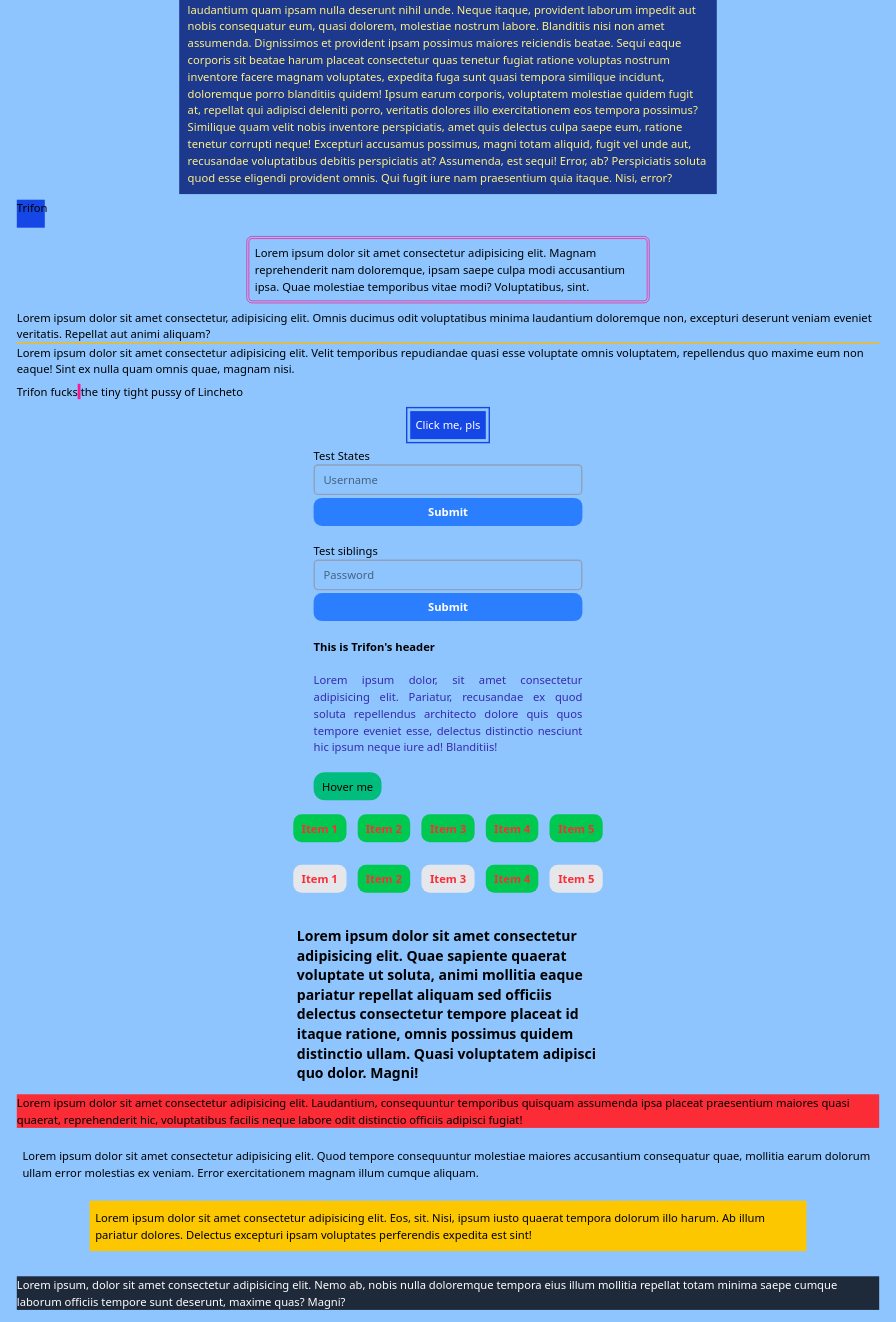
Repository: DinTri/TailwindCss
Page: index.html
An editor plug-in stored every save of this project. The page is shown before and after the next save, followed by the edit.
The browser window is 1280 px wide. The pictures show the part of the page from y = 1905 to 3825 px (the page is 3793 px tall before and 3825 px after), at 70% of full size.
Some web fonts or font styles are not loaded; a fallback is used.

Above is the page before, as saved 2025-06-15 23:35:21.

### index.html
<!DOCTYPE html>
<html lang="en" class="dark">
  <head>
    <meta charset="UTF-8">
    <meta name="viewport" content="width=device-width, initial-scale=1">
    <title>Play with Tailwind</title>
    <link rel="preconnect" href="https://fonts.googleapis.com">
<link rel="preconnect" href="https://fonts.gstatic.com" crossorigin>
<link href="https://fonts.googleapis.com/css2?family=Edu+VIC+WA+NT+Hand+Pre:wght@400..700&display=swap" rel="stylesheet">
    <link rel="stylesheet" href="style.css">
    </head>
  <body class="h-screen bg-blue-300">
    <div class="m-2 p-4 space-y-2">
      <section class="text-center py-6">
  <h1 class="text-5xl leading-tight font-bold">
    Welcome to Our Product
  </h1>
  <p class="text-xl leading-relaxed mt-4">
    Discover features that will change the way you work.
  </p>
</section>
<div class="product-description">
  <h2 class="text-2xl leading-snug">
    Product Features
  </h2>
  <ul class="list-disc pl-5 leading-normal">
    <li>High-quality materials</li>
    <li>Innovative design</li>
    <li>Exceptional performance</li>
  </ul>
</div>
<form class="max-w-md mx-auto">
  <label id="testLabel" class="block text-sm leading-tight mb-2">
    Email Address
  </label>
  <input type="email" aria-labelledby="testLabel" class="w-full border rounded px-3 py-2 mb-4">
  <small class="text-xs leading-snug text-gray-600">
    We'll never share your email with anyone else.
  </small>
</form>
    <p class="text-3xl leading-none">Lorem ipsum dolor sit amet consectetur adipisicing elit. Nulla, aliquam cupiditate! Blanditiis ipsum, voluptas necessitatibus vel eos suscipit nam possimus ducimus magni consequuntur earum numquam. Omnis ut voluptatum aliquam, architecto sed ad, velit magnam voluptate delectus, a maxime minima at ullam temporibus?</p>
    <p class="text-base leading-normal font-[var(--font-extbold)]">
  This text scales smoothly with font size changes.
</p>
<h1 class="text-4xl leading-10 text-right">
  Precise Heading Alignment
</h1>
<p class="text-2xl font-medium text-[var(--color-deeppink)]">
  This text is deep pink!
</p>
<div class="bg-black p-4">
<p class="text-2xl text-[var(--color-turquoise)]">
  This text uses a custom turquoise color!
</p>
</div>
<div class="bg-gray-100 p-4">
  <p class="text-[#000080] text-2xl">
    This navy blue text stands out on a light gray background.
  </p>
  <p class="line-through">Lorem ipsum, dolor sit amet consectetur adipisicing elit. Porro id suscipit quaerat minus corporis hic nobis ipsa ut distinctio esse?</p>
  <p class="underline underline-offset-4">Lorem ipsum dolor sit amet consectetur adipisicing elit. Cum placeat laboriosam illum officia aliquid quibusdam sed perferendis temporibus a architecto?</p>
  <p class="underline decoration-amber-500 decoration-wavy">Lorem ipsum dolor sit amet consectetur adipisicing elit. Illo, explicabo! Omnis odit non eum tempore corrupti atque illum nemo libero.</p>
</div>
<ul class="list-[upper-roman] p-[revert]">
  <li>item 1</li>
  <li>item 2</li>
  <li>item 3</li>
</ul>
<ul class="list-emoji pl-6">
  <li class="before:content-['🔥'] before:mr-2">Fire</li>
  <li class="before:content-['⭐'] before:mr-2">Star</li>
  <li class="before:content-['🍆'] before:mr-2">Dick</li>
  <li class="before:content-['👉👌💦'] before:mr-2">Fuck</li>
  <li class="before:content-['💖💗🥰💞'] before:mr-2">Love</li>
</ul>
<p class="text-lg/relaxed">
  The font size is `lg`, and the line height is `relaxed`.
</p>
<p class="leading-relaxed" lang="ja">
  日本語のテキストがここに入ります。
</p>
<p class="leading-[1.45]">
  This paragraph has a custom line height of 1.45.
</p>
<p class="text-justify">Lorem ipsum dolor sit amet consectetur, adipisicing elit. Accusantium quasi porro harum recusandae, molestiae reprehenderit fugiat aut, voluptate in voluptatem corporis, error quod veritatis cum esse consequatur est quidem ratione officia vel tenetur quas incidunt. Molestias eligendi praesentium tenetur reprehenderit provident ipsam voluptates deleniti, animi quas velit. Fugiat, aliquam earum!</p>
<h1 class="leading-[3rem] text-center">
  Heading with a line height of 3rem.
</h1>
<p class="text-2xl/8 text-end">
  The font size is `2xl`, and the line height is `2rem` (32px).
</p>
<p class="leading-normal md:leading-relaxed lg:leading-loose text-start" dir="rtl">
  This paragraph's line height changes on medium and large screens.
</p>
<p class="text-base leading-6 mb-6">
  Paragraph with a line height of 24px and a bottom margin of 24px.
</p>
<div class="space-y-2">
  <p class="bg-[var(--color-deeppink)]">Lorem ipsum, dolor sit amet consectetur adipisicing elit. Necessitatibus earum ducimus pariatur doloribus nihil perferendis soluta enim natus optio expedita commodi amet ipsum minus dolor libero aspernatur temporibus, nulla quibusdam, excepturi iste eveniet consequuntur maxime ut. Corporis ipsam accusantium hic quisquam in temporibus odio voluptate.</p>
  <p class="bg-blue-600">Lorem ipsum, dolor sit amet consectetur adipisicing elit. Ea voluptatum rem esse ipsum tempora reiciendis nulla eum, omnis, provident repellat culpa? Explicabo ad expedita ipsum est, architecto illo nulla reprehenderit earum non at, minima consequatur fugiat repudiandae? Suscipit laboriosam deserunt harum doloremque odio nam facere doloribus quae blanditiis, cum itaque?</p>
</div>
<div class="space-x-8">
  <span class="bg-blue-500">Lorem ipsum, dolor sit amet consectetur adipisicing elit. Voluptatibus, facere labore. Ratione molestias esse tempore mollitia, illo voluptatum beatae ut!</span><span class="bg-yellow-500">Lorem ipsum dolor sit amet consectetur adipisicing elit. Ullam nihil perspiciatis iste laboriosam est sit dignissimos a nemo expedita nostrum quo repellat, itaque ipsam pariatur?</span>
</div>
<p class="bg-black text-yellow-200 w-60">Lorem ipsum dolor sit amet consectetur adipisicing elit. Animi, eos.</p>
<div class="bg-blue-900 text-yellow-200 max-w-screen-md mx-auto p-3">Lorem ipsum dolor sit amet consectetur, adipisicing elit. Dolores ut dolor ad fugit rerum velit dicta repudiandae id iusto. Molestias, omnis labore distinctio eveniet delectus earum ratione odit sed accusamus dolor modi ducimus optio natus iste exercitationem ad minus facilis! Reiciendis explicabo impedit quos voluptate, ratione soluta deleniti quis recusandae illum laboriosam! Explicabo eveniet asperiores qui rerum libero velit harum illo alias, expedita voluptatibus omnis laudantium quam ipsam nulla deserunt nihil unde. Neque itaque, provident laborum impedit aut nobis consequatur eum, quasi dolorem, molestiae nostrum labore. Blanditiis nisi non amet assumenda. Dignissimos et provident ipsam possimus maiores reiciendis beatae. Sequi eaque corporis sit beatae harum placeat consectetur quas tenetur fugiat ratione voluptas nostrum inventore facere magnam voluptates, expedita fuga sunt quasi tempora similique incidunt, doloremque porro blanditiis quidem! Ipsum earum corporis, voluptatem molestiae quidem fugit at, repellat qui adipisci deleniti porro, veritatis dolores illo exercitationem eos tempora possimus? Similique quam velit nobis inventore perspiciatis, amet quis delectus culpa saepe eum, ratione tenetur corrupti neque! Excepturi accusamus possimus, magni totam aliquid, fugit vel unde aut, recusandae voluptatibus debitis perspiciatis at? Assumenda, est sequi! Error, ab? Perspiciatis soluta quod esse eligendi provident omnis. Qui fugit iure nam praesentium quia itaque. Nisi, error?</div>
<div class="bg-blue-700 size-10 mb-3">Trifon</div>
<p class="max-w-xl mx-auto border-4 border-[#ff1493] border-double rounded-lg p-2">Lorem ipsum dolor sit amet consectetur adipisicing elit. Magnam reprehenderit nam doloremque, ipsam saepe culpa modi accusantium ipsa. Quae molestiae temporibus vitae modi? Voluptatibus, sint.</p>
<div class="divide-y-2 divide-amber-400">
  <p class="">Lorem ipsum dolor sit amet consectetur, adipisicing elit. Omnis ducimus odit voluptatibus minima laudantium doloremque non, excepturi deserunt veniam eveniet veritatis. Repellat aut animi aliquam?</p>
  <p class="">Lorem ipsum dolor sit amet consectetur adipisicing elit. Velit temporibus repudiandae quasi esse voluptate omnis voluptatem, repellendus quo maxime eum non eaque! Sint ex nulla quam omnis quae, magnam nisi.</p>
</div>
<div class="divide-x-4 divide-[#ff1493] mb-4"><span>Trifon fucks</span><span>the tiny tight pussy of Lincheto</span></div>
<button class="outline-2 outline-blue-700 outline-offset-4 p-2 flex items-center justify-center mx-auto bg-blue-700 text-white mb-3 cursor-pointer">Click me, pls</button>
<form class="max-w-sm mx-auto space-y-6">
  <div>
  <label for="my">Test States</label>
  <input minlength="6" placeholder="Username" type="text" id="my" class="peer/username w-full border-slate-400 border-2 rounded-md px-3 py-2 mb-1 focus:outline-sky-600" />
  <p class="text-red-500 hidden peer-focus/username:block">Minimum 6 chars</p>
  <button type="submit" class="w-full bg-blue-500 text-white px-3 py-2 cursor-pointer rounded-xl font-semibold hover:bg-sky-700 hover:font-bold active:bg-red-500">Submit</button>
  </div>
  <div>
  <label for="my">Test siblings</label>
  <input minlength="8" type="password" id="my" placeholder="Password" class="peer/password w-full border-slate-400 border-2 rounded-md px-3 py-2 mb-1 focus:outline-sky-600" />
  <p class="text-red-500 hidden peer-invalid/password:block">Minimum 8 chars</p>
  <button type="submit" class="w-full bg-blue-500 text-white px-3 py-2 cursor-pointer rounded-xl font-semibold hover:bg-sky-700 hover:font-bold active:bg-red-500">Submit</button>
  </div>
</form>

<div class="group/parent1 space-y-6 max-w-sm mx-auto mt-6 hover:bg-[#ff1453]">
  <h3 class="font-semibold group-hover/parent1:text-white">This is Trifon's header</h3>
  <p class="text-indigo-800 text-justify group-hover/parent1:text-white">Lorem ipsum dolor, sit amet consectetur adipisicing elit. Pariatur, recusandae ex quod soluta repellendus architecto dolore quis quos tempore eveniet esse, delectus distinctio nesciunt hic ipsum neque iure ad! Blanditiis!</p>
  <button disabled class="group/parent2 group-hover:text-white bg-emerald-800 rounded-2xl disabled:bg-emerald-500 disabled:cursor-not-allowed px-3 py-2">Hover me <span class="hidden group-hover/parent2:inline text-white">You will see some magic, just hover me. Yeah... but you are disabled, shame on you</span></button></div>
  <ul class="flex justify-center align-items:center gap-4 py-3 mx-auto *:text-red-500 font-semibold *:bg-green-500 *:inline *:rounded-xl *:px-3 *:py-2" >
    <li class="">Item 1</li>
    <li class="">Item 2</li>
    <li class="">Item 3</li>
    <li class="">Item 4</li>
    <li class="">Item 5</li>
  </ul>
  <ul class="custom-list flex justify-center items-center gap-4 py-3 mx-auto font-semibold">
    <li>Item 1</li>
    <li>Item 2</li>
    <li>Item 3</li>
    <li>Item 4</li>
    <li>Item 5</li>
</ul>
  <div class="flex flex-col justify-center items-center py-3 mx-auto">
    <p class="max-w-sm mx-auto px-2 py-4 text-sm md:text-xl lg:max-w-md xs:text-3xl font-semibold">Lorem ipsum dolor sit amet consectetur adipisicing elit. Quae sapiente quaerat voluptate ut soluta, animi mollitia eaque pariatur repellat aliquam sed officiis delectus consectetur tempore placeat id itaque ratione, omnis possimus quidem distinctio ullam. Quasi voluptatem adipisci quo dolor. Magni!</p>
    <p class="bg-red-500 md:max-lg:bg-blue-600 mb-4">Lorem ipsum dolor sit amet consectetur adipisicing elit. Laudantium, consequuntur temporibus quisquam assumenda ipsa placeat praesentium maiores quasi quaerat, reprehenderit hic, voluptatibus facilis neque labore odit distinctio officiis adipisci fugiat!</p>
    <p class="px-2 py-3 sup-xs:bg-deeppink sup-md:bg-turquoise sup-lg:text-pink can-hover:hover:underline touch:bg-gray max-sm:font-edu mb-4">Lorem ipsum dolor sit amet consectetur adipisicing elit. Quod tempore consequuntur molestiae maiores accusantium consequatur quae, mollitia earum dolorum ullam error molestias ex veniam. Error exercitationem magnam illum cumque aliquam.</p>
    <p class="px-2 py-3 bg-yellow-400 md-to-lg:bg-blue-600 mb-4 max-w-screen-lg">Lorem ipsum dolor sit amet consectetur adipisicing elit. Eos, sit. Nisi, ipsum iusto quaerat tempora dolorum illo harum. Ab illum pariatur dolores. Delectus excepturi ipsam voluptates perferendis expedita est sint!</p>
  </div>
  <div class="bg-gray-50 dark:bg-gray-800 dark:text-white">Lorem ipsum, dolor sit amet consectetur adipisicing elit. Nemo ab, nobis nulla doloremque tempora eius illum mollitia repellat totam minima saepe cumque laborum officiis tempore sunt deserunt, maxime quas? Magni?</div>
</div>

  </body>
</html>

Loaded but not shown: style.css (2230 lines, source omitted)

After the next save:
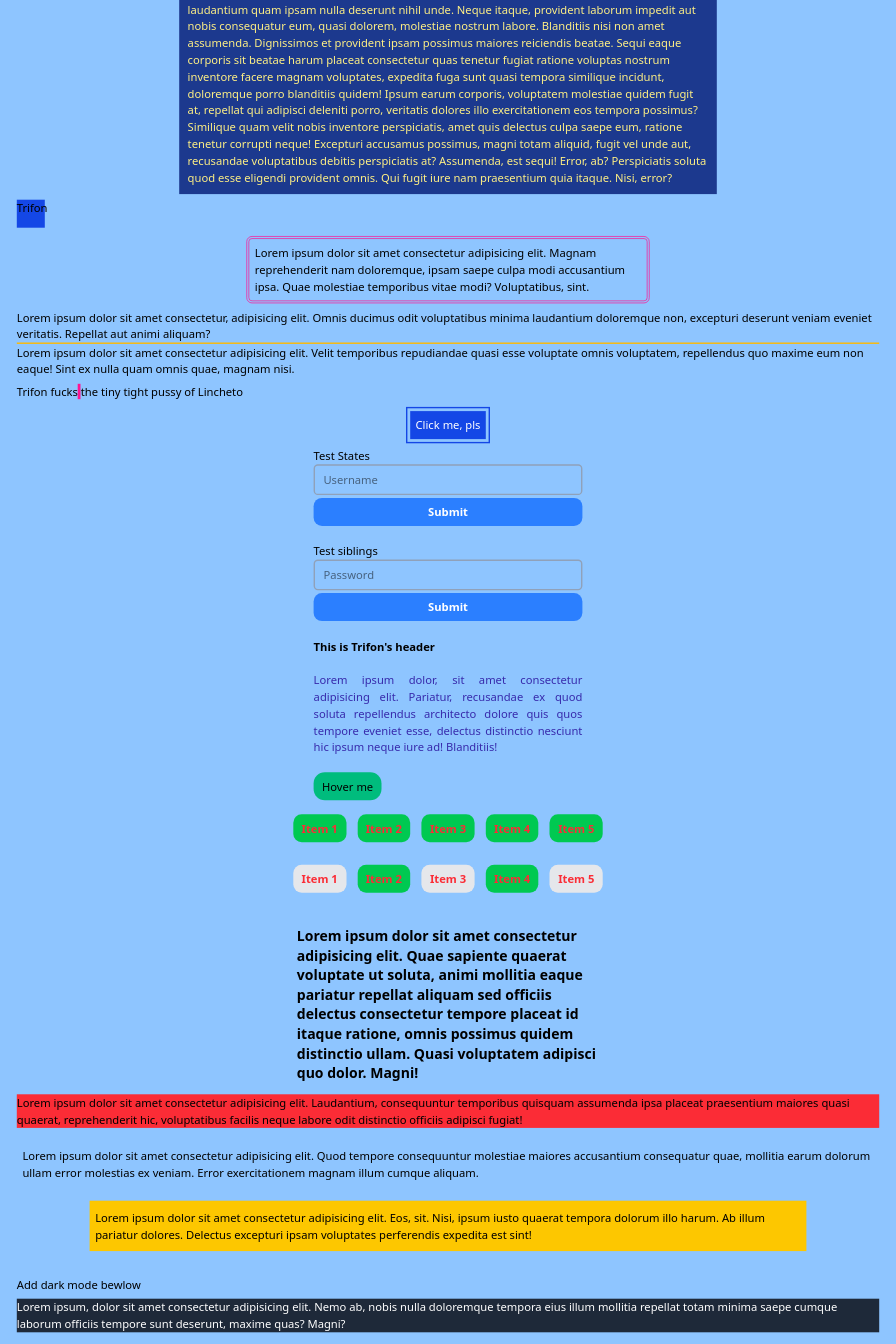
Saved 48 s later.
--- a/index.html
+++ b/index.html
@@ -151,6 +151,7 @@
     <p class="px-2 py-3 sup-xs:bg-deeppink sup-md:bg-turquoise sup-lg:text-pink can-hover:hover:underline touch:bg-gray max-sm:font-edu mb-4">Lorem ipsum dolor sit amet consectetur adipisicing elit. Quod tempore consequuntur molestiae maiores accusantium consequatur quae, mollitia earum dolorum ullam error molestias ex veniam. Error exercitationem magnam illum cumque aliquam.</p>
     <p class="px-2 py-3 bg-yellow-400 md-to-lg:bg-blue-600 mb-4 max-w-screen-lg">Lorem ipsum dolor sit amet consectetur adipisicing elit. Eos, sit. Nisi, ipsum iusto quaerat tempora dolorum illo harum. Ab illum pariatur dolores. Delectus excepturi ipsam voluptates perferendis expedita est sint!</p>
   </div>
+  <div><h3>Add dark mode bewlow</h3></div>
   <div class="bg-gray-50 dark:bg-gray-800 dark:text-white">Lorem ipsum, dolor sit amet consectetur adipisicing elit. Nemo ab, nobis nulla doloremque tempora eius illum mollitia repellat totam minima saepe cumque laborum officiis tempore sunt deserunt, maxime quas? Magni?</div>
 </div>
 
